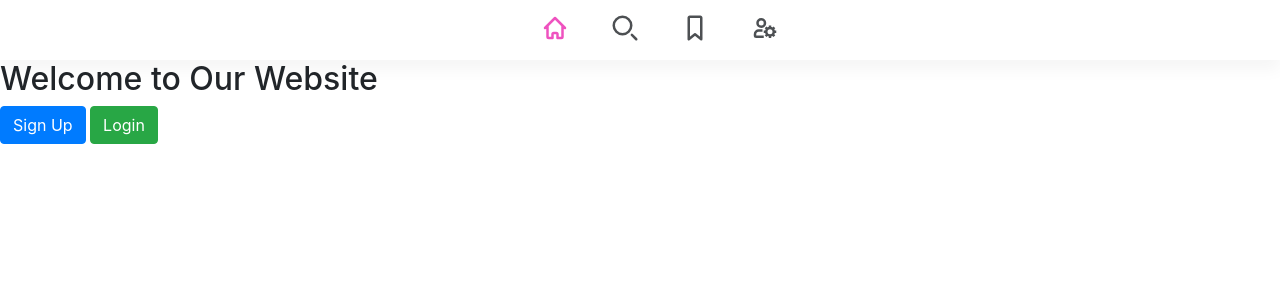
Repository: khoilvgcc210040/nextgenedu
Page: http://localhost/
The author's editor kept a copy of each file at every save. The page is drawn from the files as they stood at one save, then again after the next save.
The browser window is 1280 px wide. The pictures show the whole page.
The page is served by the project's application, run on Django 5.2 (manage.py).

Above is the page before, as saved 2024-08-10 18:18:39.

After the next save:
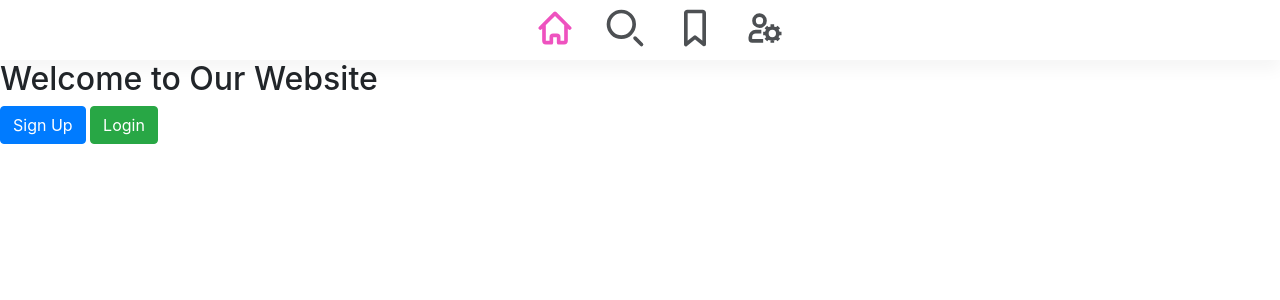
Saved 4 s later.
--- a/templates/home.html
+++ b/templates/home.html
@@ -40,7 +40,7 @@
         height: 70px;
         opacity: 80%;
         cursor: pointer;
-        padding: 13px 20px;
+        padding: 13px 10px;
         transition: 0.2s;
     }
 
